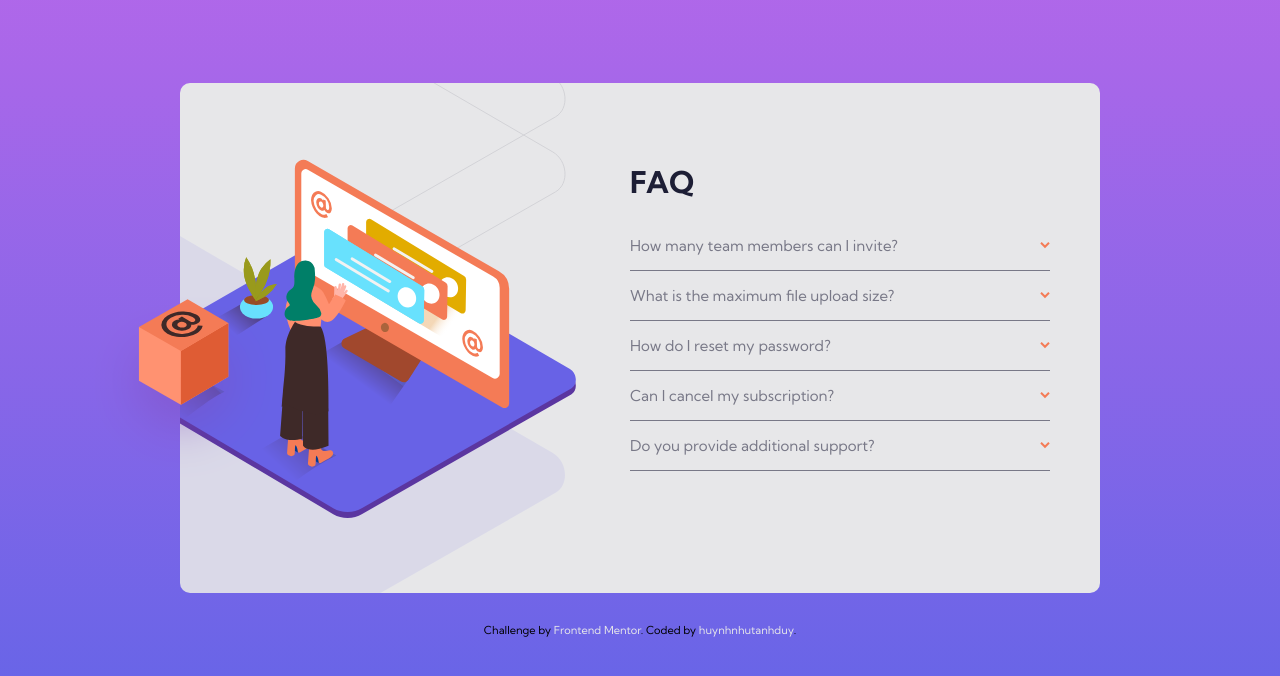
Repository: huynhnhutanhduy/faq-accordion-card
Page: index.html
The author's editor kept a copy of each file at every save. The page is drawn from the files as they stood at one save, then again after the next save.
The browser window is 1280 px wide. The pictures show the whole page.

Above is the page before, as saved 2022-10-22 15:40:38.

### index.html
<!DOCTYPE html>
<html lang="en">
  <head>
    <meta charset="UTF-8" />
    <meta name="viewport" content="width=device-width, initial-scale=1.0" />
    <link rel="icon" type="image/png" sizes="32x32" href="./images/favicon-32x32.png" />
    <title>Frontend Mentor | FAQ Accordion Card</title>
    <link rel="preconnect" href="https://fonts.googleapis.com" />
    <link rel="preconnect" href="https://fonts.gstatic.com" crossorigin />
    <link
      href="https://fonts.googleapis.com/css2?family=Kumbh+Sans:wght@400;700&display=swap"
      rel="stylesheet"
    />
    <link rel="stylesheet" href="./app.css" />
  </head>
  <body>
    <main>
      <article class="card">
        <div class="card-media">
          <div class="card-img"></div>
          <img src="./images/illustration-box-desktop.svg" alt="box-icon" class="card-box" />
        </div>
        <div class="card-content">
          <h1 class="card-title">faq</h1>
          <div class="card-list">
            <div class="card-item">
              <div class="card-item__header">
                <span class="card-item__title">How many team members can I invite? </span>
                <img src="./images/icon-arrow-down.svg" alt="" class="card-item__icon" />
              </div>
              <div class="card-item__content">
                <div class="card-item__content-inner">
                  You can invite up to 2 additional users on the Free plan. There is no limit
                  on team members for the Premium plan.
                </div>
              </div>
            </div>
            <div class="card-item">
              <div class="card-item__header">
                <span class="card-item__title">What is the maximum file upload size? </span>
                <img src="./images/icon-arrow-down.svg" alt="" class="card-item__icon" />
              </div>
              <div class="card-item__content">
                <div class="card-item__content-inner">
                  No more than 2GB. All files in your account must fit your allotted storage
                  space.
                </div>
              </div>
            </div>
            <div class="card-item">
              <div class="card-item__header">
                <span class="card-item__title">How do I reset my password? </span>
                <img src="./images/icon-arrow-down.svg" alt="" class="card-item__icon" />
              </div>
              <div class="card-item__content">
                <div class="card-item__content-inner">
                  Click “Forgot password” from the login page or “Change password” from your
                  profile page. A reset link will be emailed to you.
                </div>
              </div>
            </div>
            <div class="card-item">
              <div class="card-item__header">
                <span class="card-item__title">Can I cancel my subscription? </span>
                <img src="./images/icon-arrow-down.svg" alt="" class="card-item__icon" />
              </div>
              <div class="card-item__content">
                <div class="card-item__content-inner">
                  Yes! Send us a message and we’ll process your request no questions asked.
                </div>
              </div>
            </div>
            <div class="card-item">
              <div class="card-item__header">
                <span class="card-item__title">Do you provide additional support? </span>
                <img src="./images/icon-arrow-down.svg" alt="" class="card-item__icon" />
              </div>
              <div class="card-item__content">
                <div class="card-item__content-inner">
                  Chat and email support is available 24/7. Phone lines are open during normal
                  business hours.
                </div>
              </div>
            </div>
          </div>
        </div>
      </article>
    </main>
    <footer class="attribution">
      Challenge by
      <a href="https://www.frontendmentor.io?ref=challenge" target="_blank">Frontend Mentor</a
      >. Coded by <a href="https://github.com/huynhnhutanhduy">huynhnhutanhduy</a>.
    </footer>

    <script src="./app.js"></script>
  </body>
</html>

### app.css
:root {
  --very-dark-desaturated-blue: hsl(238, 29%, 16%);
  --soft-red: hsl(14, 88%, 65%);
  --soft-violet: hsl(273, 75%, 66%);
  --soft-blue: hsl(240, 73%, 65%);
  --very-dark-grayish-blue: hsl(237, 12%, 33%);
  --dark-grayish-blue: hsl(240, 6%, 50%);
  --light-grayish-blue: hsl(240, 5%, 91%);
  --scrollHeight: 45px;
}
* {
  margin: 0;
  padding: 0;
  border: 0;
}
*,
*::before,
*::after,
html {
  box-sizing: border-box;
}
html {
  font-size: 62.5%;
}
body {
  font-size: 1.2rem;
  font-weight: normal;
  font-family: "Kumbh Sans", sans-serif;
  background-image: linear-gradient(var(--soft-violet), var(--soft-blue));
  margin: 0;
  height: 100vh;
  width: 100vw;
  display: grid;
  justify-content: center;
  align-content: center;
}
a {
  text-decoration: none;
}
img {
  display: block;
  max-width: 100%;
}

.attribution {
  font-size: 11px;
  text-align: center;
}
.attribution a {
  color: var(--light-grayish-blue);
}

.card {
  border-radius: 1rem;
  margin-bottom: 3rem;
  background-color: var(--light-grayish-blue);
  height: 510px;
  width: 920px;
  display: grid;
  grid-template-columns: 400px 1fr;
  grid-gap: 5rem;
  background-image: url("./images/bg-pattern-desktop.svg");
  background-repeat: no-repeat;
  background-position: 1260% 65%;
}
.card-media {
  position: relative;
}
.card-img {
  background: url("./images/illustration-woman-online-desktop.svg");
  height: 100%;
  background-repeat: no-repeat;
  background-position: 105% center;
}
.card-box {
  position: absolute;
  top: 42%;
  left: -23%;
}
.card-content {
  padding: 8rem 5rem 9rem 0;
}
.card-title {
  text-transform: uppercase;
  margin-bottom: 2rem;
  font-size: 3rem;
  color: var(--very-dark-desaturated-blue);
}
.card-item {
  padding-top: 1.5rem;
  border-bottom: 1px solid var(--dark-grayish-blue);
}
.card-item__header {
  display: flex;
  justify-content: space-between;
  font-size: 1.5rem;
  padding-bottom: 1.5rem;
  cursor: pointer;
  transition: all 0.25s linear;
  align-items: center;
}
.card-item__icon {
  width: 10px;
  height: 7px;
}
.card-item__header > * {
  pointer-events: none;
}
.card-item__header,
.card-item__content {
  color: var(--dark-grayish-blue);
}
.card-item__header-icon {
  color: var(--soft-red);
}
.card-item__content {
  height: 0;
  overflow: hidden;
  transition: all 0.25s linear;
}
.active span {
  color: var(--very-dark-desaturated-blue);
  font-weight: 700;
}
.active img {
  transform: rotate(180deg);
  transition: all 0.25s linear;
}
.active .card-item__content {
  height: var(--scrollHeight);
}
.card-item__content-inner {
  margin-bottom: 1.5rem;
}
@media screen and (max-width: 767px) {
  .card {
    width: 350px;
    grid-template-columns: 1fr;
    grid-template-rows: 100px 1fr;
    grid-gap: 0.5rem;
    height: 530px;
    padding: 1rem;
    position: relative;
  }
  .card-media {
    background: url("./images/bg-pattern-mobile.svg");
    background-repeat: no-repeat;
    background-position: center 590%;
  }
  .card-img {
    position: absolute;
    width: 100%;
    height: 200px;
    background-size: 72%;
    background-position: center;
    top: -129%;
  }
  .card-box {
    width: 55px;
    left: 19%;
    top: -30%;
  }
  .card-content {
    padding: 0;
  }
  .card-title {
    text-align: center;
  }
}

### app.js
const headers = document.querySelectorAll(".card-item__header");
[...headers].forEach((item) =>
  item.addEventListener("click", function (e) {
    if (e.target.parentNode.classList.contains("active")) {
      e.target.parentNode.classList.toggle("active");
      console.log(1);
    } else {
      headers.forEach((value) => value.parentNode.classList.remove("active"));
      e.target.parentNode.classList.add("active");
      console.log(0);
    }
  })
);

After the next save:
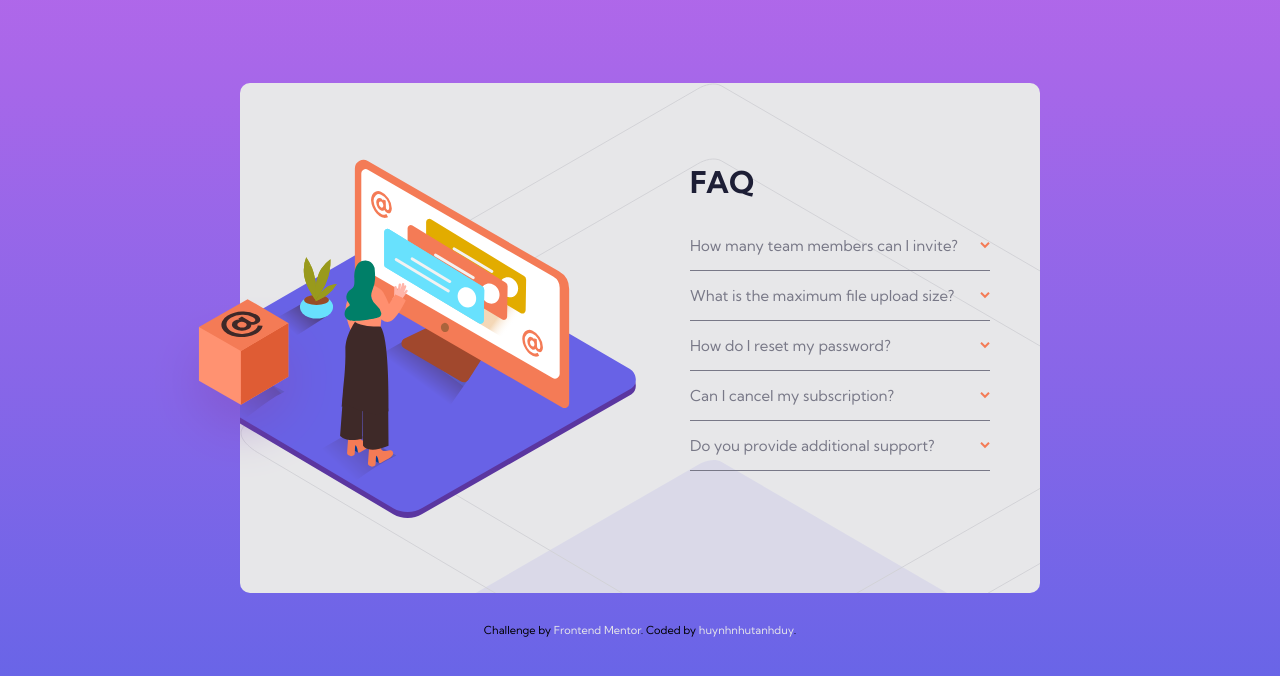
Saved 103 s later.
--- a/app.css
+++ b/app.css
@@ -55,13 +55,14 @@ img {
   margin-bottom: 3rem;
   background-color: var(--light-grayish-blue);
   height: 510px;
-  width: 920px;
+  /* width: 920px; */
+  width: 800px;
   display: grid;
   grid-template-columns: 400px 1fr;
   grid-gap: 5rem;
   background-image: url("./images/bg-pattern-desktop.svg");
   background-repeat: no-repeat;
-  background-position: 1260% 65%;
+  /* background-position: 1260% 65%; */
 }
 .card-media {
   position: relative;
